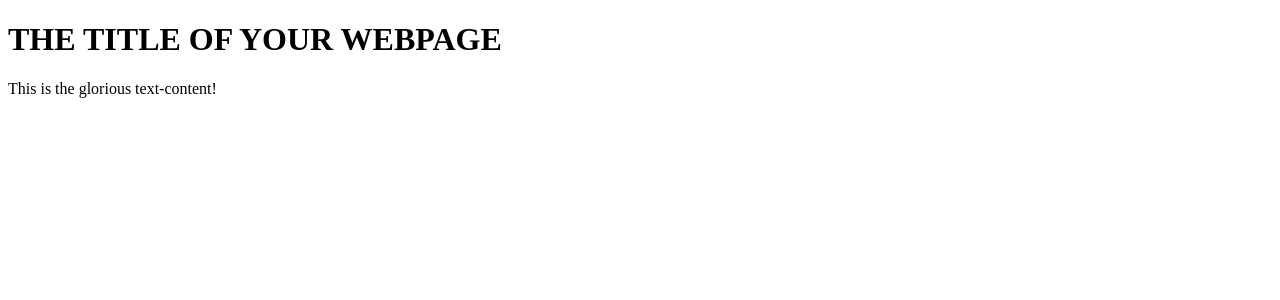
Repository: jnguyen113/DOM-Manipulation
Page: index.html
The author's editor kept a copy of each file at every save. The page is drawn from the files as they stood at one save, then again after the next save.
The browser window is 1280 px wide. The pictures show the whole page.

Above is the page before, as saved 2020-06-11 18:06:27.

### index.html
<!DOCTYPE html>
<html>
    <body>
        <h1>
            THE TITLE OF YOUR WEBPAGE
        </h1>
        <div id="container">
            <div class="content">
                This is the glorious text-content!
            </div>
        </div>
    </body>
</html>

### main.js
const container = document.querySelector('#container');
const content = document.createElement('div');
content.classList.add('content');
content.textContent = 'This is the glorious text-content!';

container.appendChild(content);

After the next save:
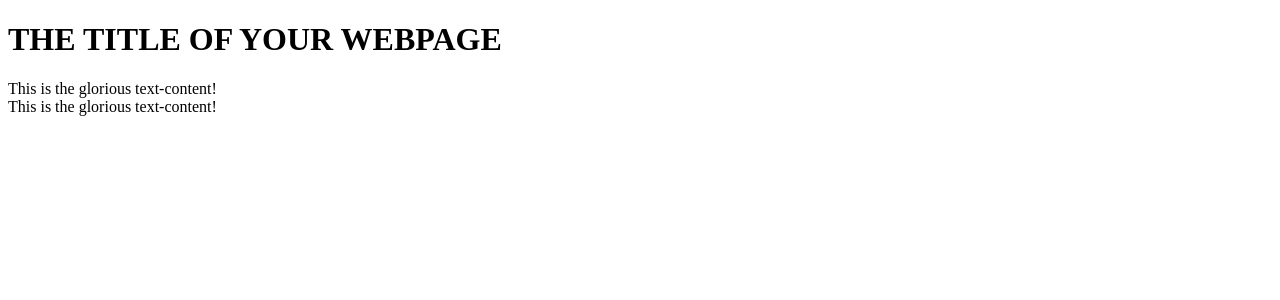
Saved 36 s later.
--- a/index.html
+++ b/index.html
@@ -10,4 +10,5 @@
             </div>
         </div>
     </body>
+    <script src="main.js"></script>
 </html>

After the 2 saves that followed:
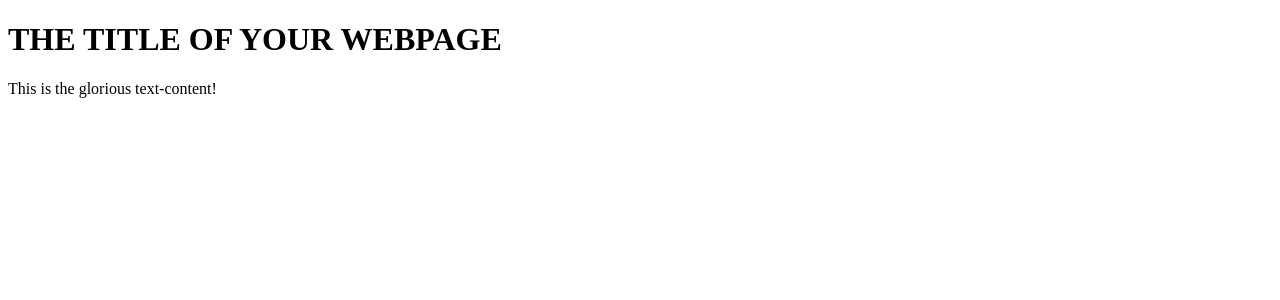
The 2 saves are shown as one change because they came seconds apart.
The last was saved 28 s later.
--- a/main.js
+++ b/main.js
@@ -1,6 +1,6 @@
 const container = document.querySelector('#container');
 const content = document.createElement('div');
-content.classList.add('content');
-content.textContent = 'This is the glorious text-content!';
+//content.classList.add('content');
+//content.textContent = 'This is the glorious text-content!';
 
 container.appendChild(content);
